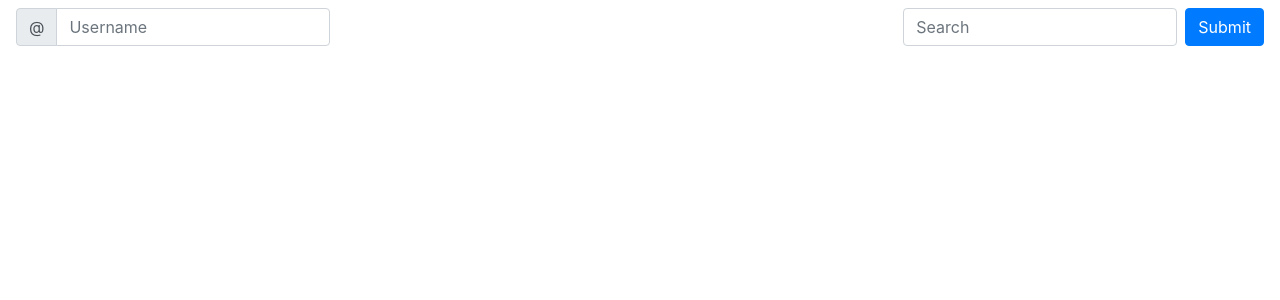
Repository: DeepaPrasanna/UenoClone
Page: /
These files come from the project's save history. The page is drawn as it stood at one moment and after the next save; the edit follows.
The browser window is 1280 px wide. The pictures show the whole page.
The project was rebuilt for these pictures with package versions that can differ from the ones it lists, and the page was loaded fresh each time. Also part of the build but not shown: src/index.css.

Above is the page before, as saved 2021-05-02 23:41:11.

After the next save:
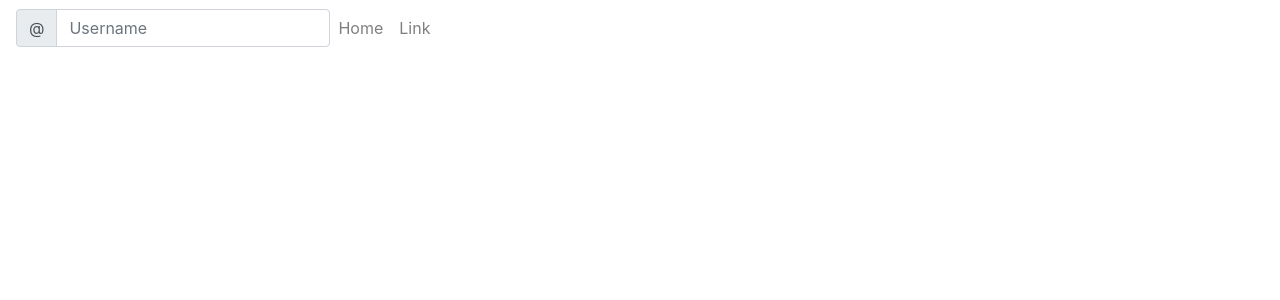
Saved 6 min 42 s later.
--- a/src/components/Header.js
+++ b/src/components/Header.js
@@ -13,10 +13,12 @@
             <FormControl placeholder="Username" aria-label="Username" aria-describedby="basic-addon1" />
           </InputGroup>
         </Form>
-        <Form inline>
-          <FormControl type="text" placeholder="Search" className=" mr-sm-2" />
-          <Button type="submit">Submit</Button>
-        </Form>
+        <Navbar.Collapse id="basic-navbar-nav">
+          <Nav className="mr-auto">
+            <Nav.Link href="#home">Home</Nav.Link>
+            <Nav.Link href="#link">Link</Nav.Link>
+          </Nav>
+        </Navbar.Collapse>
       </Navbar>
     </div>
   );
